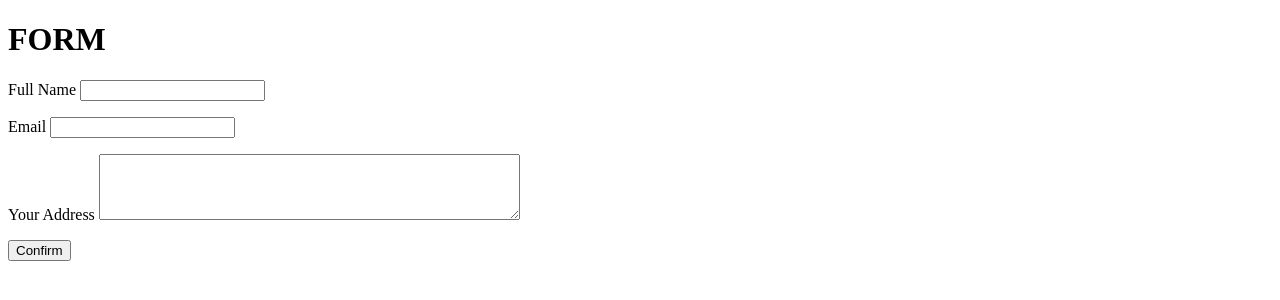
Repository: MicTomm/corso-frontend
Page: HTML/prova2/index.html
The author's editor kept a copy of each file at every save. The page is drawn from the files as they stood at one save, then again after the next save.
The browser window is 1280 px wide. The pictures show the whole page.

Above is the page before, as saved 2023-11-08 09:58:38.

After the next save:
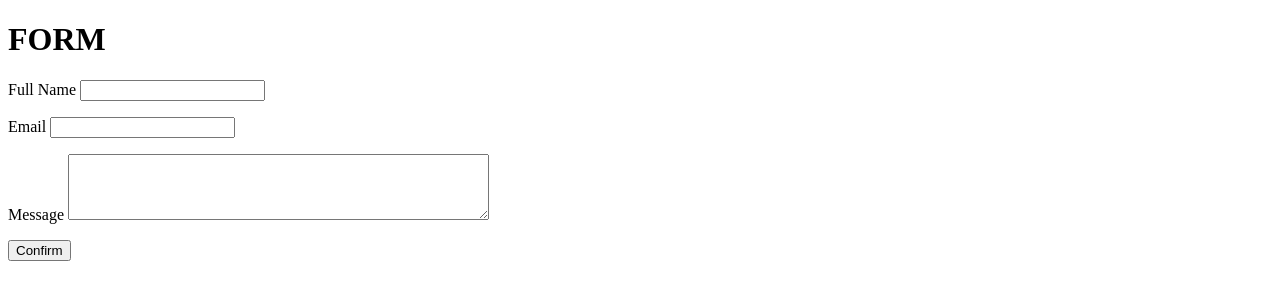
Saved 14 min 44 s later.
--- a/HTML/prova2/index.html
+++ b/HTML/prova2/index.html
@@ -21,8 +21,8 @@
           <input type="email" id="email" name="email" required>
         </p>
         <p>
-          <label for="text">Your Address</label>
-          <textarea id="address" name="address" rows="4" cols="50"></textarea>
+          <label for="message">Message</label>
+          <textarea id="message" name="message" rows="4" cols="50"></textarea>
         </p>
         <!-- <p>
         <label for="password">Password</label>
